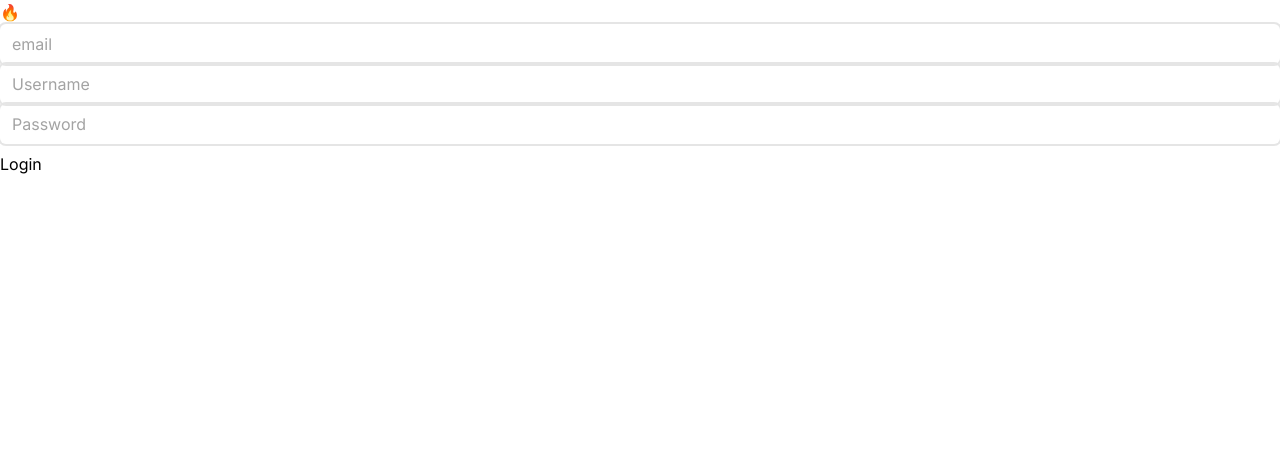
Repository: ParkSeokgyu/tweets
Page: /login
These files come from the project's save history. The page is drawn as it stood at one moment and after the next save; the edit follows.
The browser window is 1280 px wide. The pictures show the whole page.
The project was rebuilt for these pictures with package versions that can differ from the ones it lists, and the page was loaded fresh each time. The framework's server and built-in components were replaced by stand-ins that run in the browser. Also part of the build but not shown: next.config.mjs.

Above is the page before, as saved 2024-08-14 11:00:00.

### app/layout.tsx
import type { Metadata } from "next";
import { Inter } from "next/font/google";
import "./globals.css";

const inter = Inter({ subsets: ["latin"] });

export const metadata: Metadata = {
  title: "Create Next App",
  description: "Generated by create next app",
};

export default function RootLayout({
  children,
}: Readonly<{
  children: React.ReactNode;
}>) {
  return (
    <html lang="ko">
      <body className={inter.className}>
        {children}
      </body>
    </html>
  );
}

### app/login/page.tsx
"use client"

import Button from "@/components/button"
import Input from "@/components/input"

export default function Login() {
  return (
    <div className="min-h-screen">
      <div>
        <h1>🔥</h1>
      </div>
      <form action="">
        <Input
          name="email"
          type="email"
          placeholder="email"
          required
          errors={[]}
        />
        <Input
          name="username"
          type="text"
          placeholder="Username"
          required
          errors={[]}
        />
        <Input
          name="password"
          type="password"
          placeholder="Password"
          required
          errors={[]}
        />

        <Button text="Login" />
      </form>
    </div>
  )
}

### components/button.tsx
"use client"
import { useFormStatus } from "react-dom";

interface ButtonProps {
  text: string;
}

export default function Button({ text }: ButtonProps) {

  const { pending } = useFormStatus(); //

  return (
    <button
      disabled={pending}
      className="primary-btn h-10 disabled:bg-neutral-400  disabled:text-neutral-300 disabled:cursor-not-allowed"
    >

      {pending ? "로딩 중..." : text}

    </button>
  );
}

### components/input.tsx
interface InputProps {
  type: string;
  placeholder: string;
  required: boolean;
  errors?: string[];
  name: string;
}

export default function Input({type, placeholder, required, errors=[], name}: InputProps) {
  return (
    <div className="flex flex-col gap-2">
      <input
        className="
          bg-transparent rounded-md w-full h-10 focus:outline-none ring-2 focus:ring-4 transition ring-neutral-200 focus:ring-orange-500 border-none placeholder:text-neutral-400 px-3"
        name={name}
        type={type}
        placeholder={placeholder}
        required={required}
      />

      {errors?.map((error, index) => (
        <span key={index} className="text-red-500 font-medium">
          {error}
        </span>
      ))}
    </div>
  )
}

Loaded but not shown: app/globals.css (common file); tailwind.config.ts (common file)

After the next save:
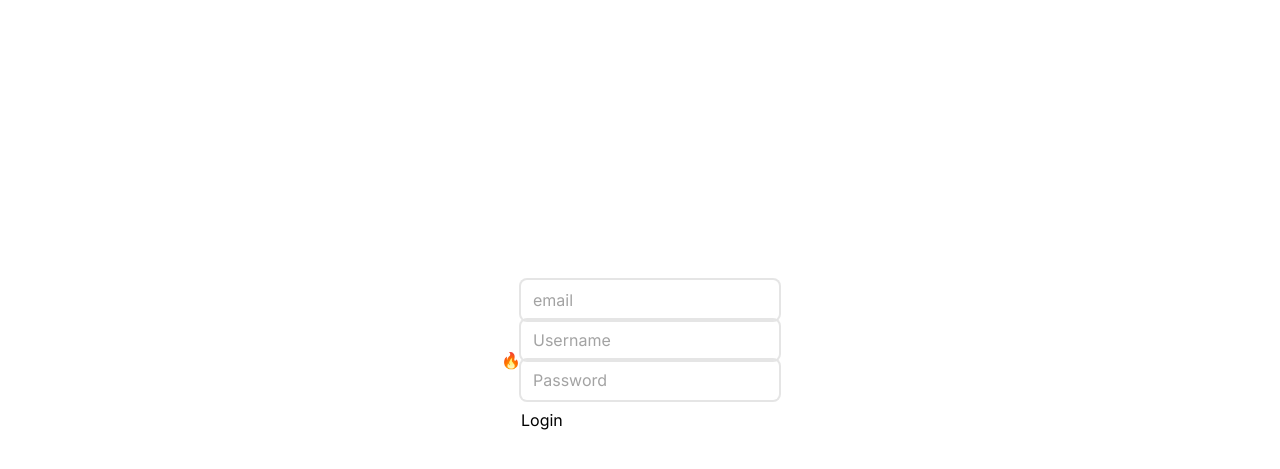
Saved 18 s later.
--- a/app/login/page.tsx
+++ b/app/login/page.tsx
@@ -5,7 +5,7 @@ import Input from "@/components/input"
 
 export default function Login() {
   return (
-    <div className="min-h-screen">
+    <div className="min-h-screen flex items-center justify-center">
       <div>
         <h1>🔥</h1>
       </div>
